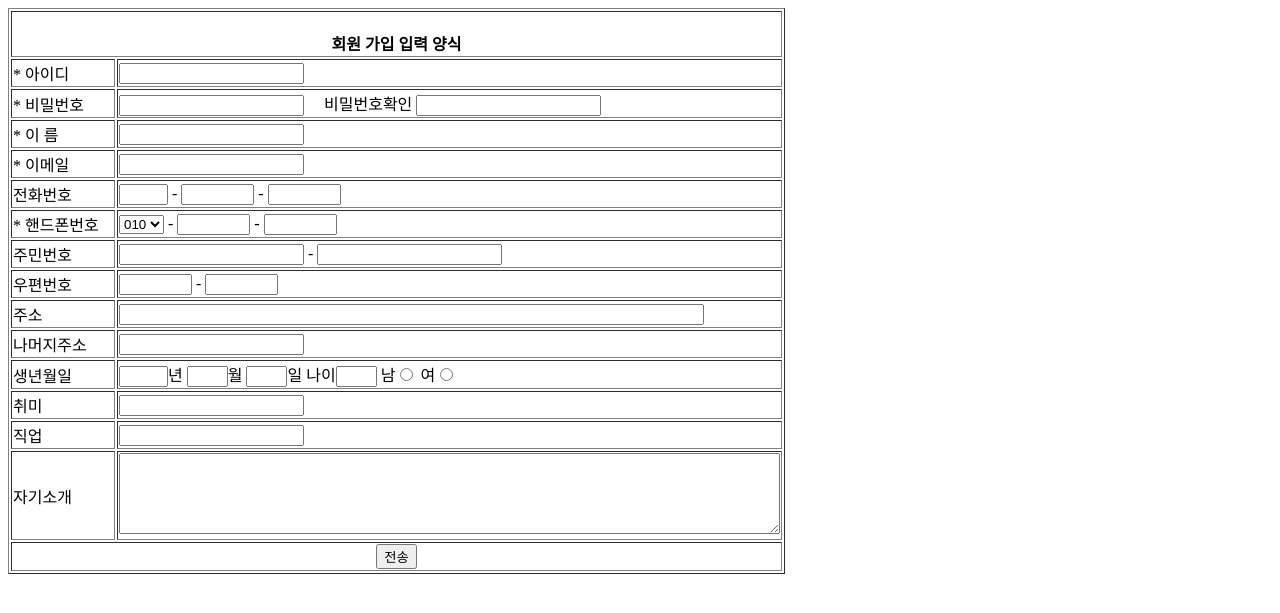
Repository: vkfkstptkd1/WebProgramming
Page: ch3_FormTag/WebContent/In_Form.html
The author's editor kept a copy of each file at every save. The page is drawn from the files as they stood at one save, then again after the next save.
The browser window is 1280 px wide. The pictures show the whole page.

Above is the page before, as saved 2021-03-20 07:25:17.

After the next save:
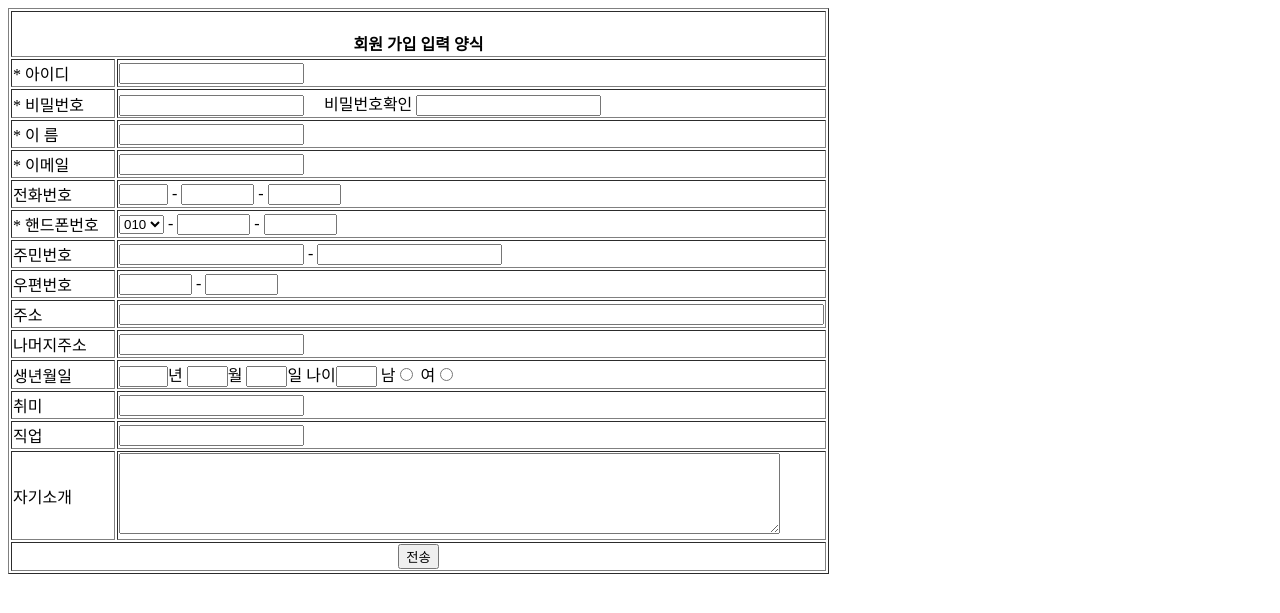
Saved 18 s later.
--- a/ch3_FormTag/WebContent/In_Form.html
+++ b/ch3_FormTag/WebContent/In_Form.html
@@ -54,7 +54,7 @@
 			 <input type="text" name="pn2" size=6></td>
 	</tr>
 	<tr><td> 주소</td>
-		<td> <input type="text" name="ad" size=70 ></td>
+		<td> <input type="text" name="ad" size=85 ></td>
 	</tr>
 	<tr><td> 나머지주소</td>
 		<td> <input type="text" name="remainderad"></td>
